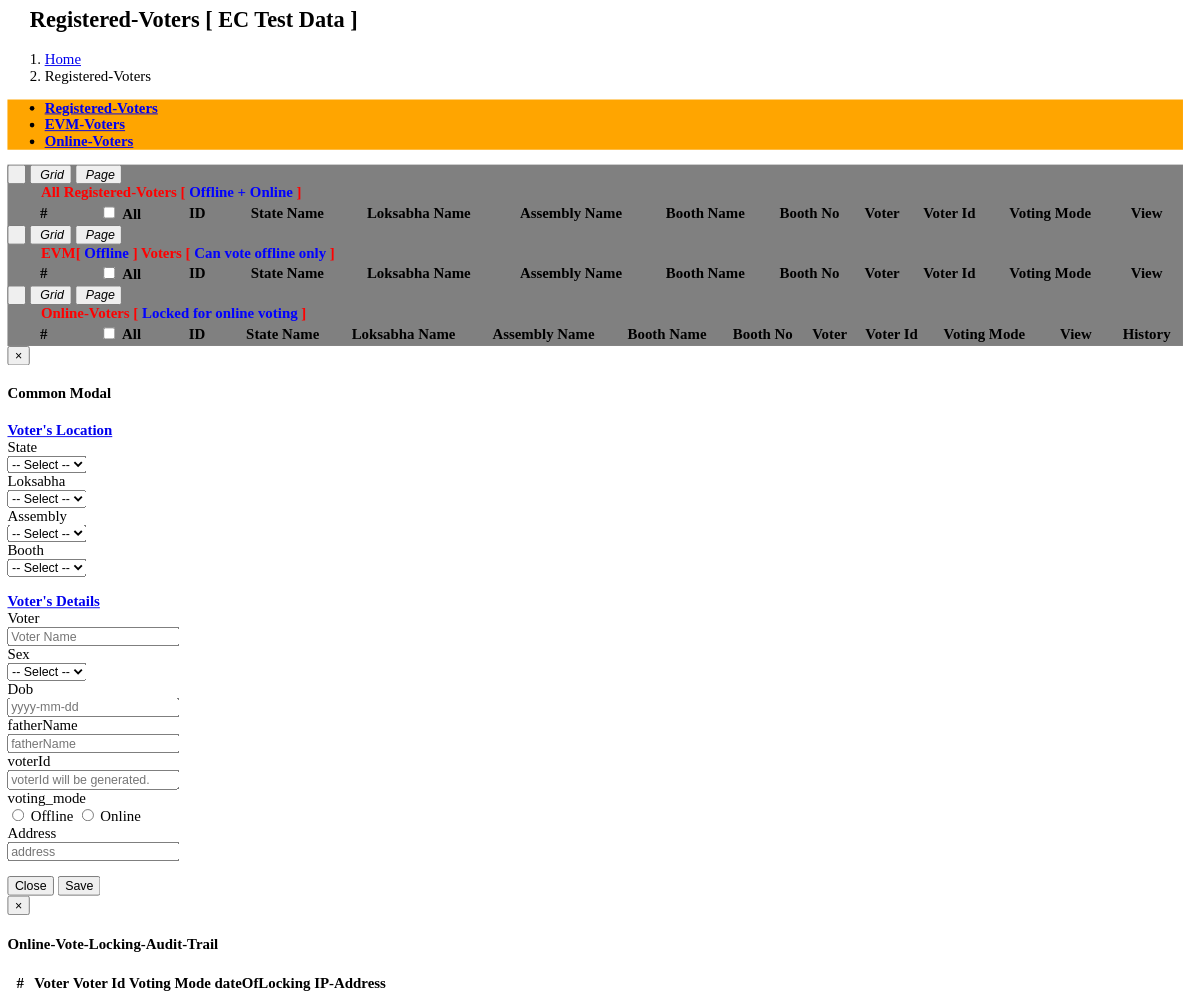
Repository: sanjeev167/IndiaOnLineVoting_3112020
Page: http://localhost/IndiaOnLineVoting/WEB-INF/jsp/ec/voters.jsp
The author's editor kept a copy of each file at every save. The page is drawn from the files as they stood at one save, then again after the next save.
The browser window is 1280 px wide. The pictures show the whole page, at 93% of full size.
The page is served by Tomcat 9. Nobody is signed in. The template is opened directly, without the code that normally fills it, so the values that code supplies are empty.

Above is the page before, as saved 2020-10-29 19:39:37.
Console error: TypeError: $(...).DataTable is not a function

After the next save:
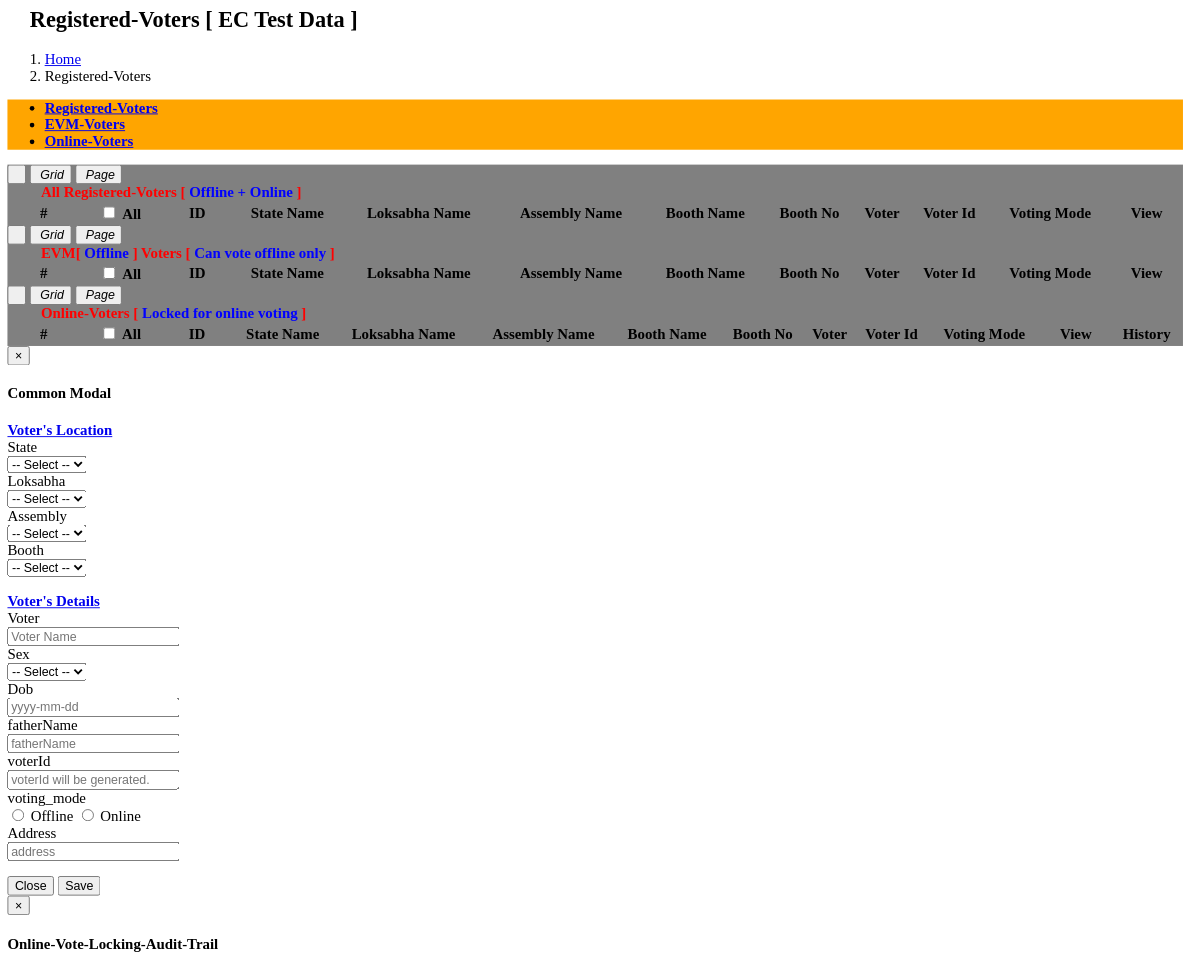
Saved 39 s later.
--- a/IndiaOnLineVoting/src/main/webapp/WEB-INF/jsp/ec/voters.jsp
+++ b/IndiaOnLineVoting/src/main/webapp/WEB-INF/jsp/ec/voters.jsp
@@ -394,30 +394,12 @@
 	<div class="modal-dialog modal-md">
 		<div class="modal-content" style="border-radius: 10px;">
 			<div class="modal-header">
-				<button type="button" class="close"	aria-label="Close">
+				<button type="button" class="close" data-dismiss="modal"	aria-label="Close">
 					<span aria-hidden="true">&times;</span>
 				</button>
 				<h4 class="modal-title" id="commonModalTitleId">Online-Vote-Locking-Audit-Trail</h4>
 			</div>
-			<div class="modal-body">
-				<div class="box-body ">
-					<table id="auditTrailTableId"
-						class="table table-striped table-bordered table-hover table-condensed dt-responsive data-table">
-						<thead>
-							<tr>
-								<th width="6%">#</th>
-								<th>Voter</th>
-                                <th>Voter Id</th>
-								<th>Voting Mode</th>
-								<th>dateOfLocking</th>
-								<th>IP-Address</th>
-							</tr>
-						</thead>
-
-					</table>
-				</div>
-				<!-- /.box-body -->
-			</div>
+
 
 		</div>
 		<!-- /.modal-content -->
